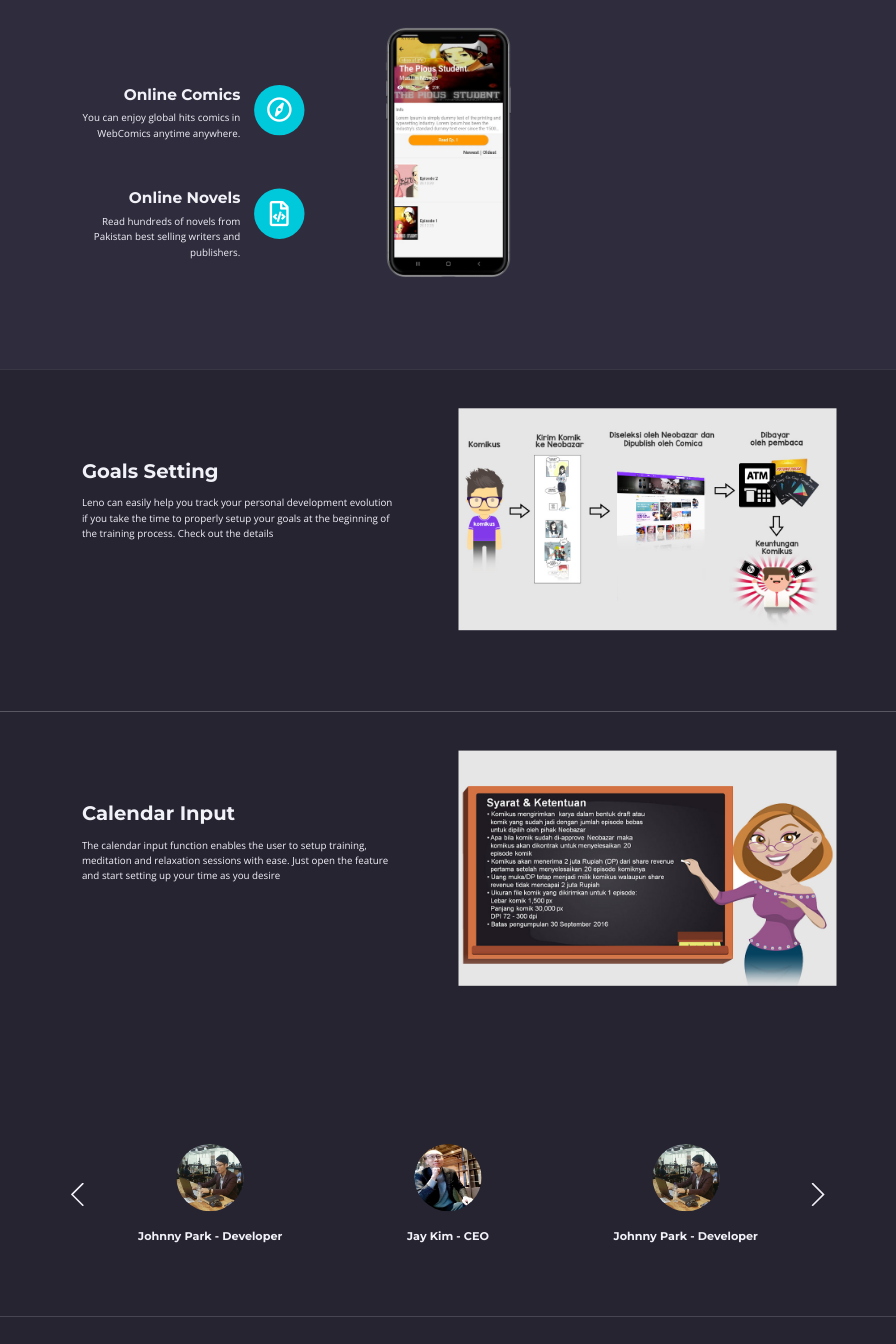
Repository: blackhat97/Homepage
Page: index.html
These files come from the project's save history. The page is drawn as it stood at one moment and after the next save; the edit follows.
The browser window is 1280 px wide. The pictures show the part of the page from y = 1235 to 3155 px (the page is 3966 px tall), at 70% of full size.

Above is the page before, as saved 2020-04-03 12:27:52.

After the next save:
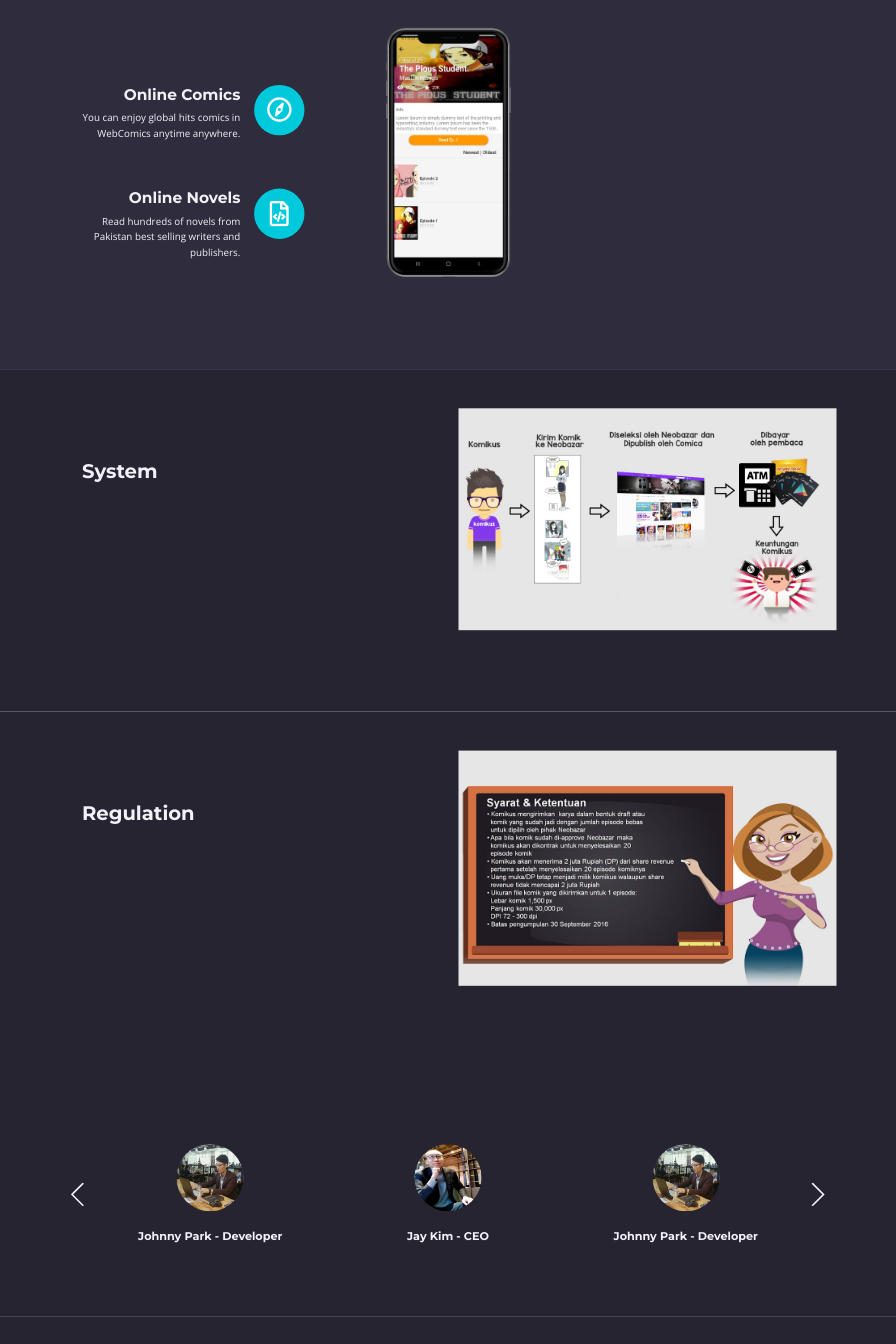
Saved 76 s later.
--- a/index.html
+++ b/index.html
@@ -222,8 +222,7 @@
             <div class="row">
                 <div class="col-lg-6">
                     <div class="text-container">
-                        <h3>Goals Setting</h3>
-                        <p>Leno can easily help you track your personal development evolution if you take the time to properly setup your goals at the beginning of the training process. Check out the details</p>
+                        <h3>System</h3>
                     </div> <!-- end of text-container -->
                 </div> <!-- end of col -->
                 <div class="col-lg-6">
@@ -242,8 +241,7 @@
                 <div class="row">
                     <div class="col-lg-6">
                         <div class="text-container">
-                            <h3>Calendar Input</h3>
-                            <p>The calendar input function enables the user to setup training, meditation and relaxation sessions with ease. Just open the feature and start setting up your time as you desire</p>
+                            <h3>Regulation</h3>
                         </div> <!-- end of text-container -->
                     </div> <!-- end of col -->
                     <div class="col-lg-6">
